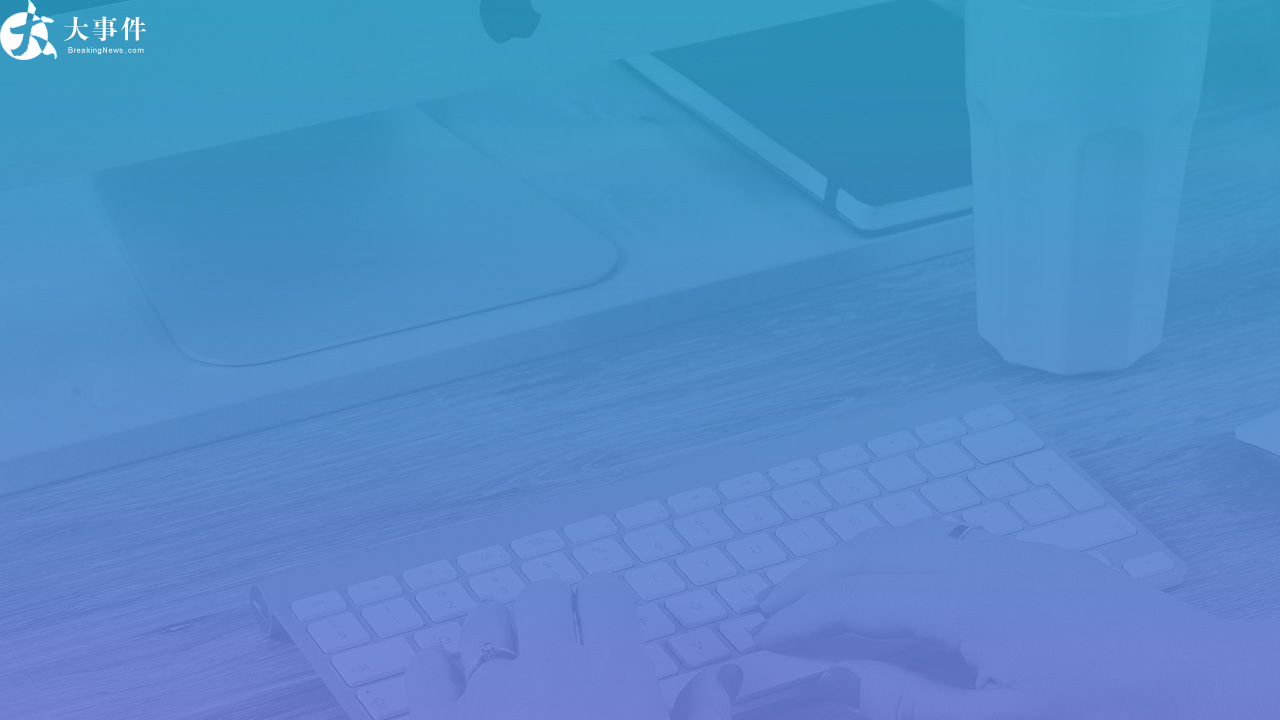
Repository: R1Deemo/Main-project
Page: login.html
These files come from the project's save history. The page is drawn as it stood at one moment and after the next save; the edit follows.
The browser window is 1280 px wide. The pictures show the whole page.

Above is the page before, as saved 2022-10-28 18:53:53.

### login.html
<!DOCTYPE html>
<html lang="en">

<head>
    <meta charset="UTF-8">
    <meta http-equiv="X-UA-Compatible" content="IE=edge">
    <meta name="viewport" content="width=device-width, initial-scale=1.0">
    <title>大事件-登录/注册</title>
    <link rel="stylesheet" href="/assets/css/login.css" />
</head>

<body>
    <div>
        <img src="/assets/images/logo.png" alt="" />
    </div>

</body>

</html>

### assets/css/login.css
html,
body {
    margin: 0;
    padding: 0;
    height: 100%;
    width: 100%;
    /* background-color: red; */
    background: url('/assets/images/login_bg.jpg') no-repeat center;
    background-size: cover;
}

Loaded but not shown: assets/lib/layui/css/layui.css (library)

After the next save:
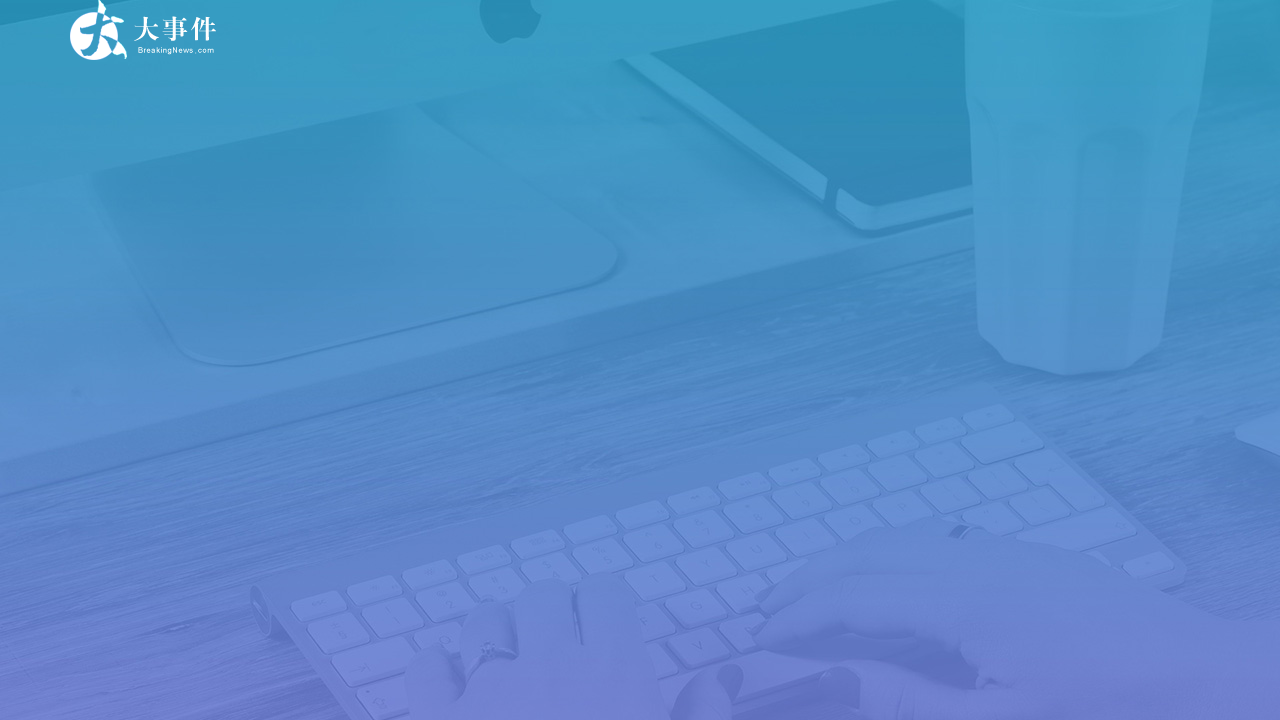
Saved 112 s later.
--- a/login.html
+++ b/login.html
@@ -7,10 +7,11 @@
     <meta name="viewport" content="width=device-width, initial-scale=1.0">
     <title>大事件-登录/注册</title>
     <link rel="stylesheet" href="/assets/css/login.css" />
+    <link rel="stylesheet" href="/assets/lib/layui/css/layui.css" />
 </head>
 
 <body>
-    <div>
+    <div class="layui-main">
         <img src="/assets/images/logo.png" alt="" />
     </div>
 
